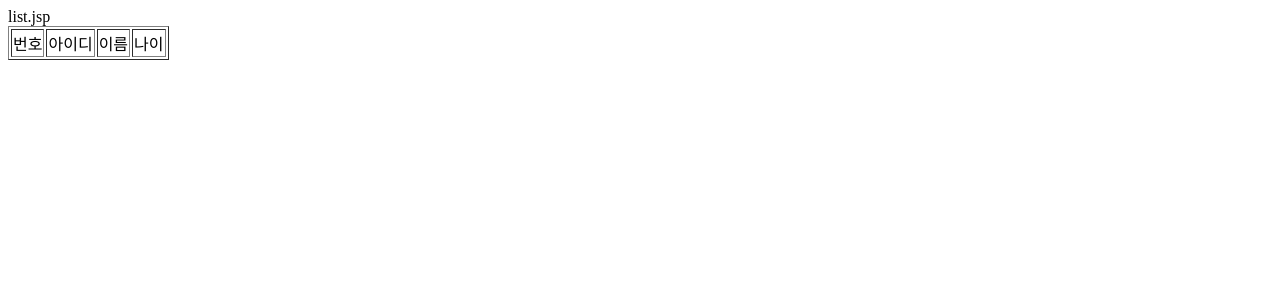
Repository: ChanhoPark-s/academyStudy
Page: http://localhost/11_DB_Person/list
An editor plug-in stored every save of this project. The page is shown before and after the next save, followed by the edit.
The browser window is 1280 px wide. The pictures show the whole page.
The page is served by Tomcat 9. Other server files are loaded and not shown. Queries for data that is not in the repository find no rows.

Above is the page before, as saved 2022-08-22 01:18:22.

### 11_DB_Person/src/main/webapp/WEB-INF/views/list.jsp
<%@ page language="java" contentType="text/html; charset=UTF-8"
    pageEncoding="UTF-8"%>
    <%@ taglib prefix="c" uri="http://java.sun.com/jsp/jstl/core" %>
list.jsp<br>

<table border="1">
	<tr>
		<td>번호</td>
		<td>아이디</td>
		<td>이름</td>
		<td>나이</td>
	</tr>
	<c:forEach var="p" items="${lists }">
		<tr>
			<td>${p.num }</td>
			<td>${p.id }</td>
			<td>${p.name }</td>
			<td>${p.age }</td>
		</tr>
	</c:forEach>

</table>

### 11_DB_Person/src/main/java/com/spring/ex/command/PListCommand.java
package com.spring.ex.command;

import java.util.ArrayList;

import org.springframework.ui.Model;

import com.spring.ex.dao.PDao;
import com.spring.ex.dto.PDto;

public class PListCommand implements PCommand{

	@Override
	public void execute(Model model) {

		PDao dao = PDao.getInstance();
		ArrayList<PDto> lists =  dao.getAllData();
		model.addAttribute("lists",lists);
	}

}

### 11_DB_Person/src/main/java/com/spring/ex/dao/PDao.java
package com.spring.ex.dao;

import java.sql.Connection;
import java.sql.DriverManager;
import java.sql.PreparedStatement;
import java.sql.ResultSet;
import java.sql.SQLException;
import java.util.ArrayList;

import com.spring.ex.dto.PDto;

public class PDao {
	String driver = "oracle.jdbc.driver.OracleDriver";
    String url = "jdbc:oracle:thin:@localhost:1521:orcl";
    String id = "jspid";
    String pw = "jsppw";
    Connection conn = null;
    PreparedStatement ps =null;
    ResultSet rs = null;

	private static PDao instance;

	public static PDao getInstance() {
		if(instance==null) {
			instance = new PDao();
		}
		return instance;
	}

	private PDao(){
        try {
           Class.forName(driver);
           conn = DriverManager.getConnection(url, id, pw);
           System.out.println("연결 성공");
        } catch (ClassNotFoundException | SQLException e) {
           System.out.println("연결 실패");
        }
     }//



	//===========================================================================

	public void write(String id,String name, String age) {

		String sql = "insert into person values(person_seq.nextval,?,?,?)";

		try {
			ps = conn.prepareStatement(sql);

			ps.setString(1, id);
			ps.setString(2, name);
			ps.setString(3, age);

			ps.executeUpdate();

		} catch (SQLException e) {
			System.out.println("write sql error");
		}finally {
			try {
				if(ps!=null)
				ps.close();
			} catch (SQLException e) {
				e.printStackTrace();
			}
		}
	}//write

//============================================================================================

	public ArrayList<PDto> getAllData() {

		ArrayList<PDto> lists = new ArrayList<PDto>();

		String sql = "select * from person order by num";
		try {
			ps = conn.prepareStatement(sql);

			rs = ps.executeQuery();


			while(rs.next()) {
				PDto pdto = new PDto();

				pdto.setNum(rs.getInt("num"));
				pdto.setId(rs.getString("id"));
				pdto.setName(rs.getString("name"));
				pdto.setAge(rs.getInt("age"));

				lists.add(pdto);
			}

		} catch (SQLException e) {
			System.out.println("getAllData sql error");
		} finally {
			try {
				if (rs != null)
					rs.close();
				if (ps != null)
					ps.close();
			} catch (SQLException e) {
				e.printStackTrace();
			}
		}

		return lists;
	}//getAllData

}

After the next save:
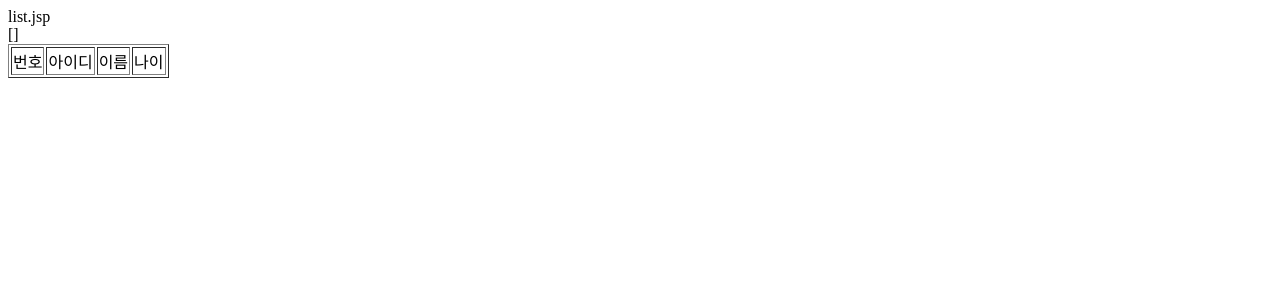
Saved 5 min 47 s later.
--- a/11_DB_Person/src/main/webapp/WEB-INF/views/list.jsp
+++ b/11_DB_Person/src/main/webapp/WEB-INF/views/list.jsp
@@ -2,7 +2,7 @@
     pageEncoding="UTF-8"%>
     <%@ taglib prefix="c" uri="http://java.sun.com/jsp/jstl/core" %>
 list.jsp<br>
-
+${lists }
 <table border="1">
 	<tr>
 		<td>번호</td>

After the save that followed:
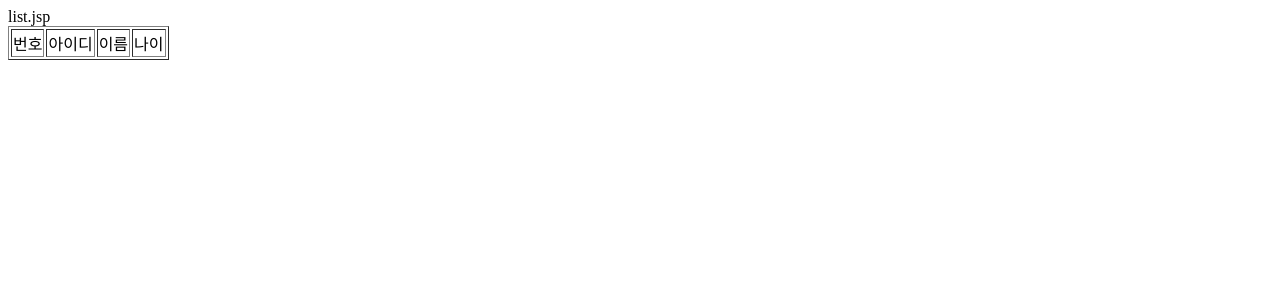
Saved 8 s later.
--- a/11_DB_Person/src/main/webapp/WEB-INF/views/list.jsp
+++ b/11_DB_Person/src/main/webapp/WEB-INF/views/list.jsp
@@ -2,7 +2,6 @@
     pageEncoding="UTF-8"%>
     <%@ taglib prefix="c" uri="http://java.sun.com/jsp/jstl/core" %>
 list.jsp<br>
-${lists }
 <table border="1">
 	<tr>
 		<td>번호</td>
